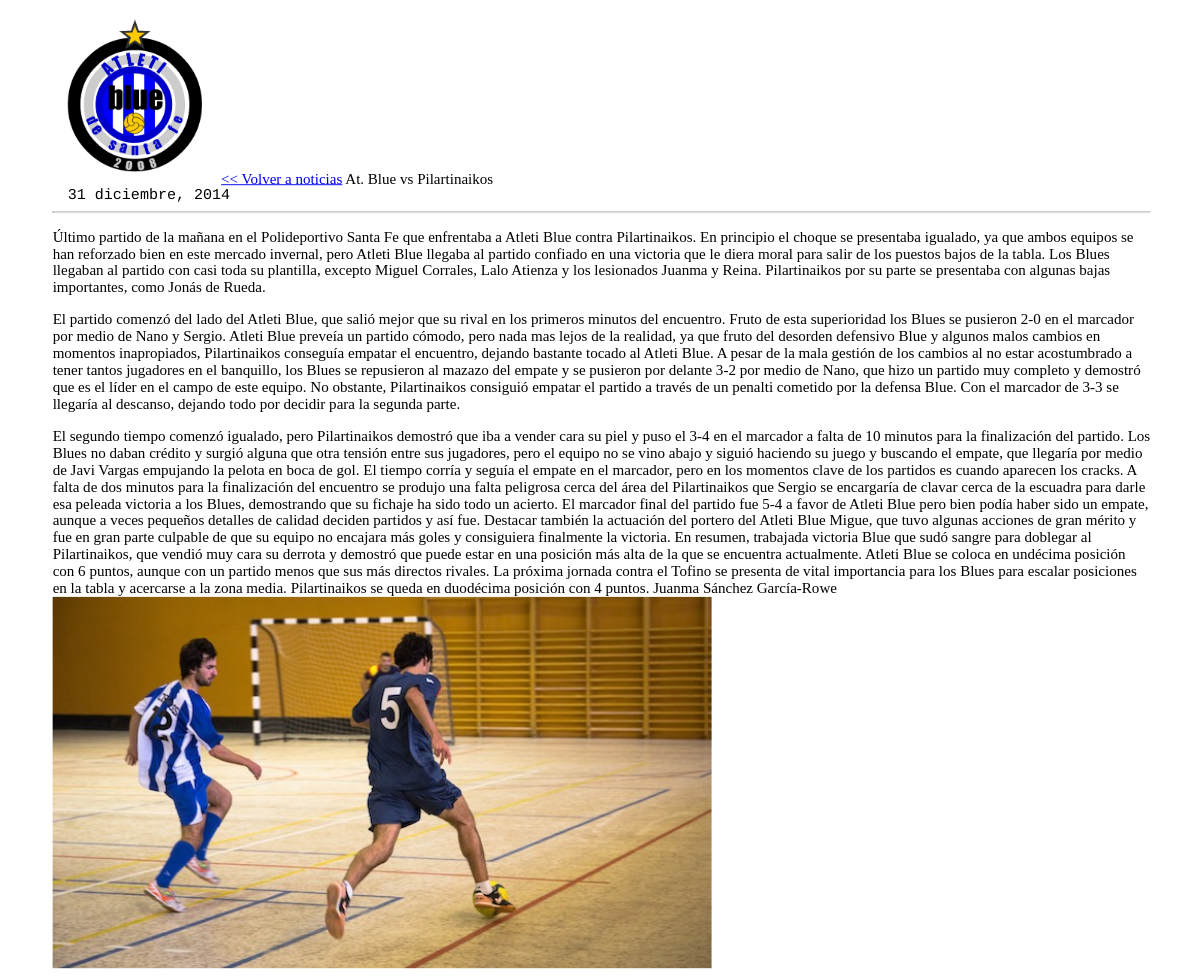
Repository: DiegoGodoy/atletiblue
Page: app/views/noticias/noticia3.html
The author's editor kept a record of every edit. The page is drawn from the files as they stood at one moment, then again after the next edit.
The browser window is 1280 px wide. The pictures show the whole page, at 94% of full size.

Above is the page before.

After the next edit:
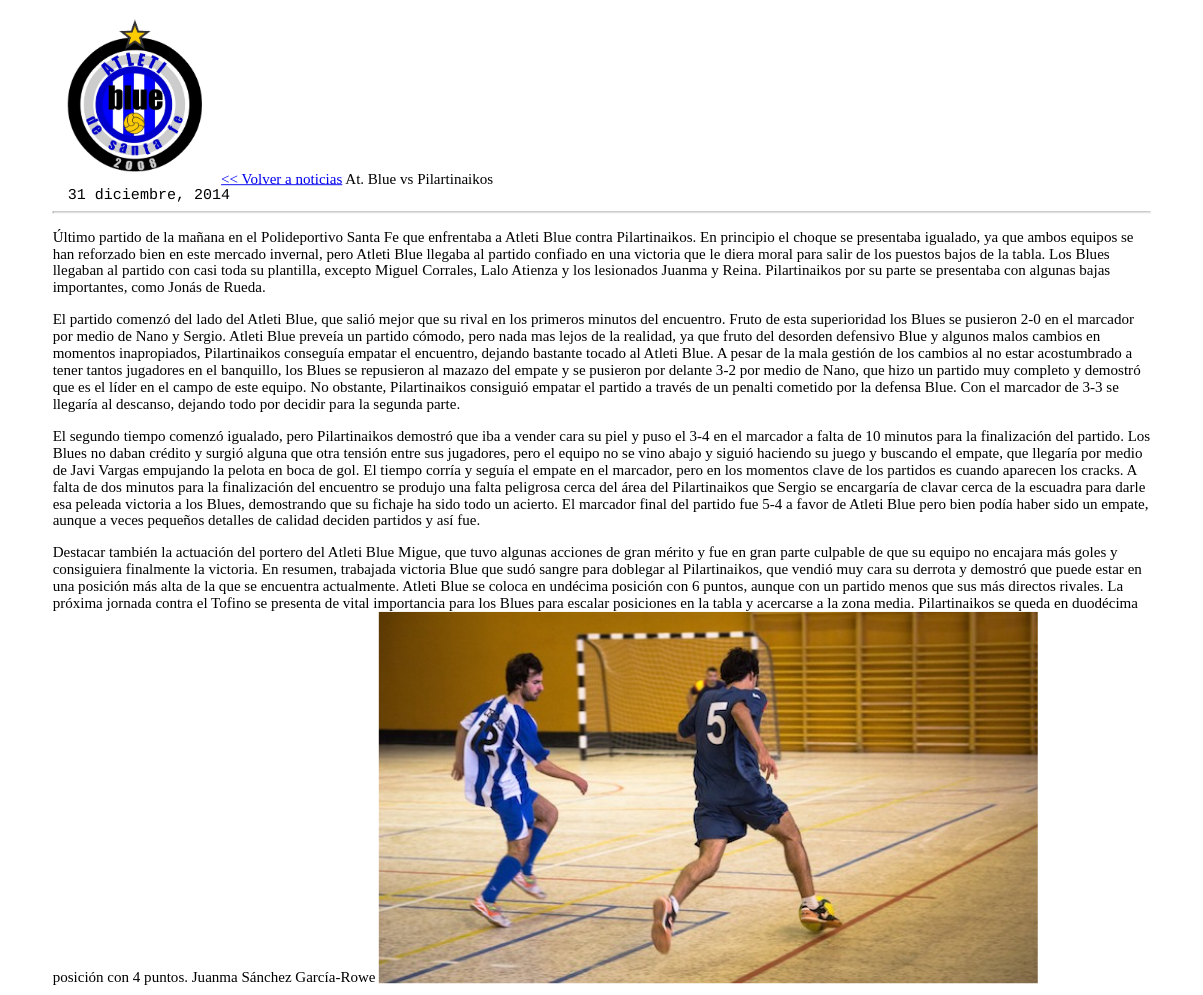
The edit:
--- a/app/views/noticias/noticia3.html
+++ b/app/views/noticias/noticia3.html
@@ -14,7 +14,7 @@
 
 El partido comenzó del lado del Atleti Blue, que salió mejor que su rival en los primeros minutos del encuentro. Fruto de esta superioridad los Blues se pusieron 2-0 en el marcador por medio de Nano y Sergio. Atleti Blue preveía un partido cómodo, pero nada mas lejos de la realidad, ya que fruto del desorden defensivo Blue y algunos malos cambios en momentos inapropiados, Pilartinaikos conseguía empatar el encuentro, dejando bastante tocado al Atleti Blue. A pesar de la mala gestión de los cambios al no estar acostumbrado a tener tantos jugadores en el banquillo, los Blues se repusieron al mazazo del empate y se pusieron por delante 3-2 por medio de Nano, que hizo un partido muy completo y demostró que es el líder en el campo de este equipo. No obstante, Pilartinaikos consiguió empatar el partido a través de un penalti cometido por la defensa Blue. Con el marcador de 3-3 se llegaría al descanso, dejando todo por decidir para la segunda parte.</p>
 
-El segundo tiempo comenzó igualado, pero Pilartinaikos demostró que iba a vender cara su piel y puso el 3-4 en el marcador a falta de 10 minutos para la finalización del partido. Los Blues no daban crédito y surgió alguna que otra tensión entre sus jugadores, pero el equipo no se vino abajo y siguió haciendo su juego y buscando el empate, que llegaría por medio de Javi Vargas empujando la pelota en boca de gol. El tiempo corría y seguía el empate en el marcador, pero en los momentos clave de los partidos es cuando aparecen los cracks. A falta de dos minutos para la finalización del encuentro se produjo una falta peligrosa cerca del área del Pilartinaikos que Sergio se encargaría de clavar cerca de la escuadra para darle esa peleada victoria a los Blues, demostrando que su fichaje ha sido todo un acierto. El marcador final del partido fue 5-4 a favor de Atleti Blue pero bien podía haber sido un empate, aunque a veces pequeños detalles de calidad deciden partidos y así fue.
+El segundo tiempo comenzó igualado, pero Pilartinaikos demostró que iba a vender cara su piel y puso el 3-4 en el marcador a falta de 10 minutos para la finalización del partido. Los Blues no daban crédito y surgió alguna que otra tensión entre sus jugadores, pero el equipo no se vino abajo y siguió haciendo su juego y buscando el empate, que llegaría por medio de Javi Vargas empujando la pelota en boca de gol. El tiempo corría y seguía el empate en el marcador, pero en los momentos clave de los partidos es cuando aparecen los cracks. A falta de dos minutos para la finalización del encuentro se produjo una falta peligrosa cerca del área del Pilartinaikos que Sergio se encargaría de clavar cerca de la escuadra para darle esa peleada victoria a los Blues, demostrando que su fichaje ha sido todo un acierto. El marcador final del partido fue 5-4 a favor de Atleti Blue pero bien podía haber sido un empate, aunque a veces pequeños detalles de calidad deciden partidos y así fue.</p>
 
 Destacar también la actuación del portero del Atleti Blue Migue, que tuvo algunas acciones de gran mérito y fue en gran parte culpable de que su equipo no encajara más goles y consiguiera finalmente la victoria.
 
